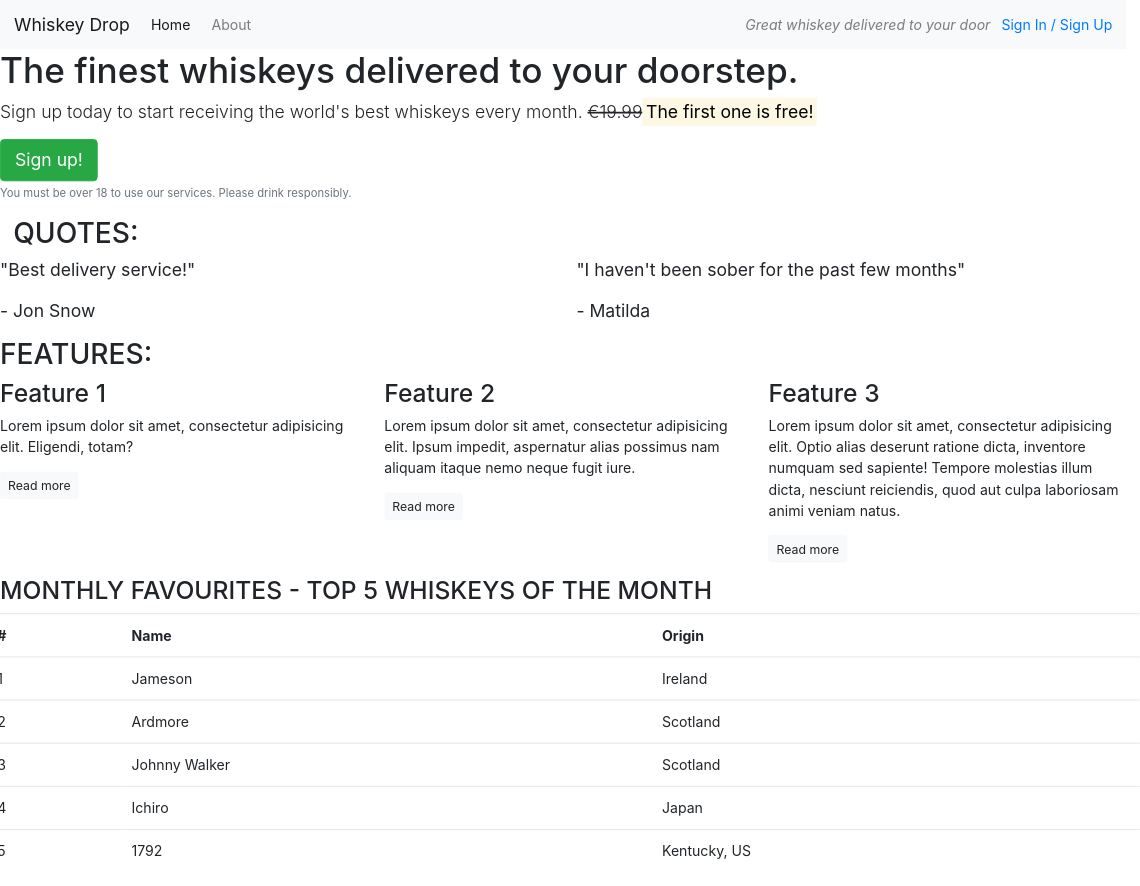
Repository: mkuti/Whiskey_website_using_Bootstrap
Page: index.html
The author's editor kept a record of every edit. The page is drawn from the files as they stood at one moment, then again after the next edit.
The browser window is 1280 px wide. The page is 1295 px wide, so the pictures cover 1295 px, including what lies to the right of the window. The pictures show the whole page, at 88% of full size.

Above is the page before.

After the next edit:
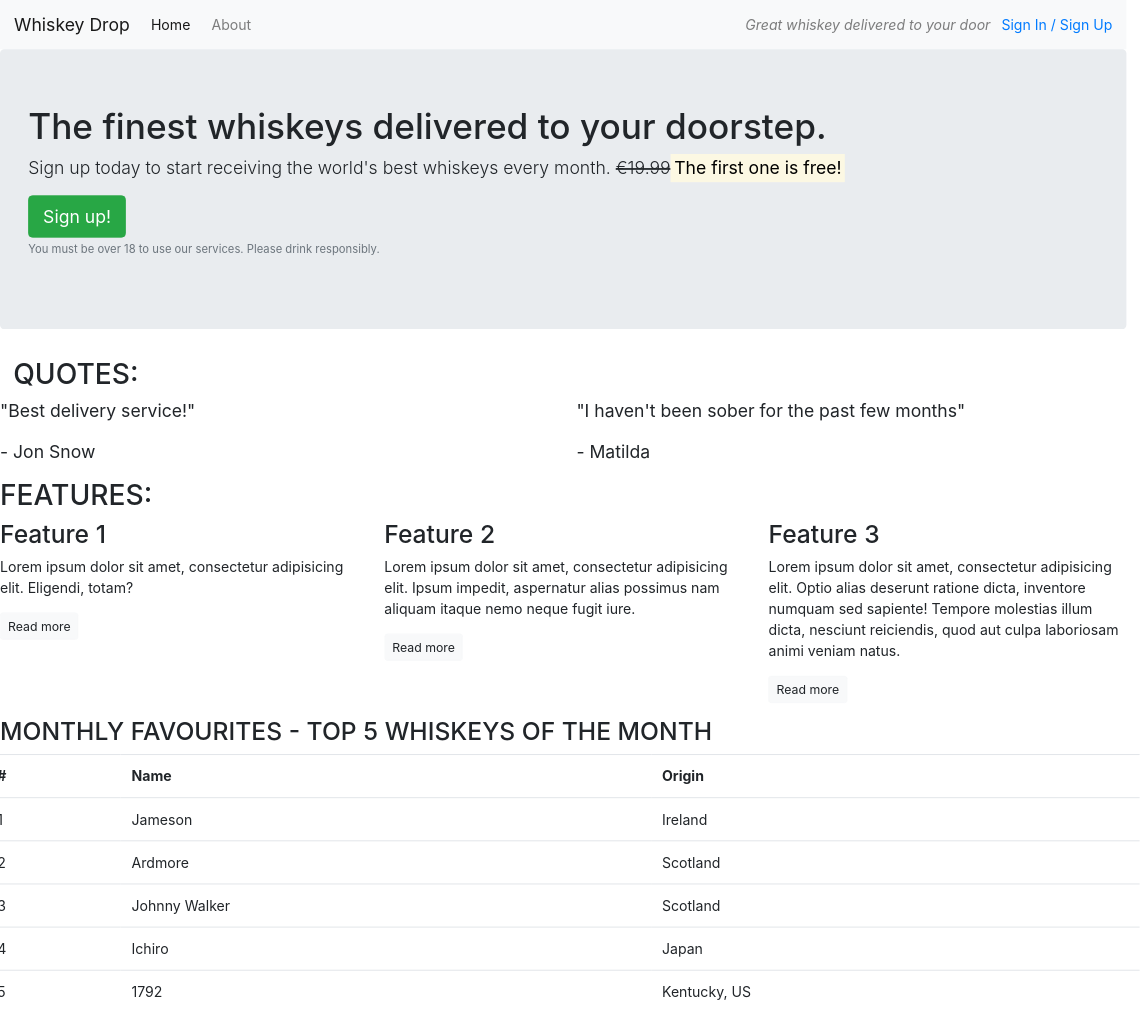
The edit:
--- a/index.html
+++ b/index.html
@@ -31,7 +31,7 @@
         <!-- call out section -->
         <div class="row">
             <div class="col-12">
-                <section class="callout">
+                <section class="callout jumbotron">
                     <h1>The finest whiskeys delivered to your doorstep.</h1>
                     <p class="lead">Sign up today to start receiving the world's best whiskeys every month. <s>€19.99</s><strong><mark>The first one is free!</mark></strong></p>
                     <button class="btn btn-success btn-lg">Sign up!</button>
